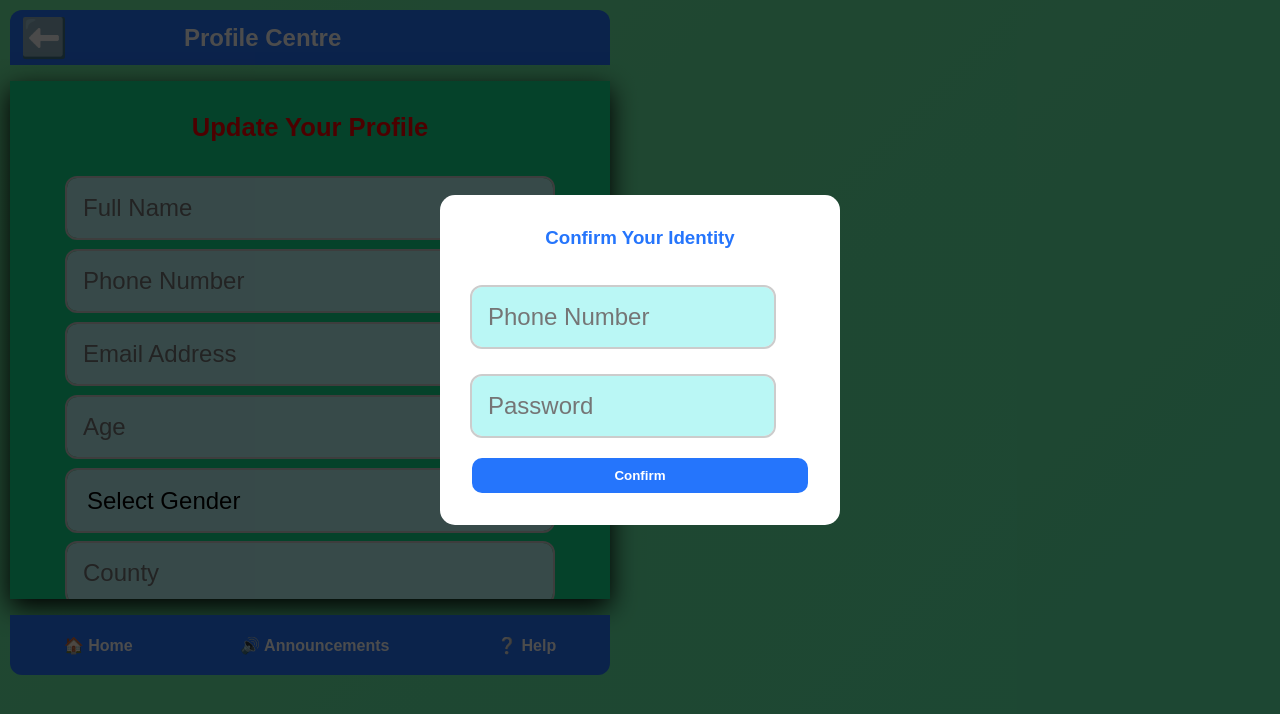
Repository: Amani-Kibet/express-app-web
Page: pages/profileCentre.html
These files come from the project's save history. The page is drawn as it stood at one moment and after the next save; the edit follows.
The browser window is 1280 px wide. The pictures show the whole page.
An inner scrolling area shows only its first screen.

Above is the page before, as saved 2025-10-08 17:11:46.

After the next save:
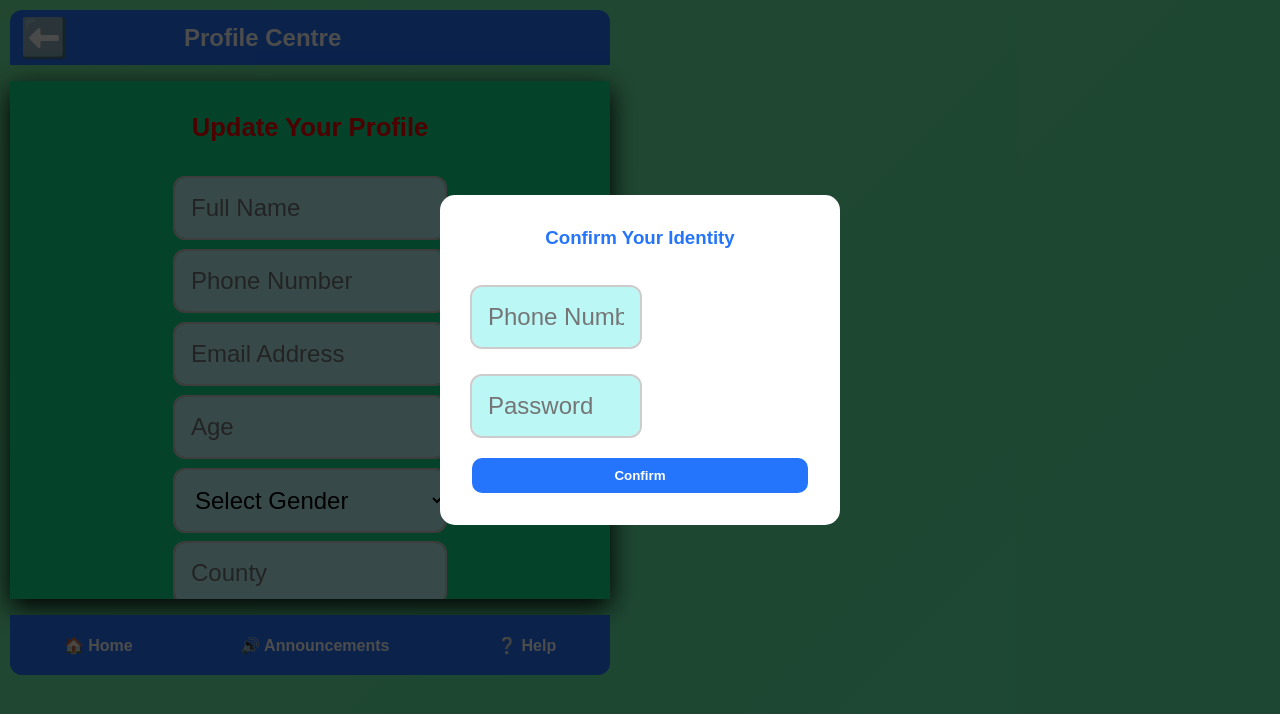
Saved 87 s later.
--- a/pages/profileCentre.html
+++ b/pages/profileCentre.html
@@ -39,7 +39,8 @@ h2 { color:red; font-size:1.6rem; margin-bottom:5%; }
 
 /* Inputs */
 .inputs {
-  width:90%; padding:1rem; margin:0.4rem 0; border-radius:10px;
+  width:50%;
+  padding:1rem; margin:0.4rem 0; border-radius:10px;
   font-size:clamp(1rem,3vw,1.5rem); background-color: rgba(186, 247, 245,1);
   border:none; outline:2px solid #ccc; transition:0.3s;
 }

After the save that followed:
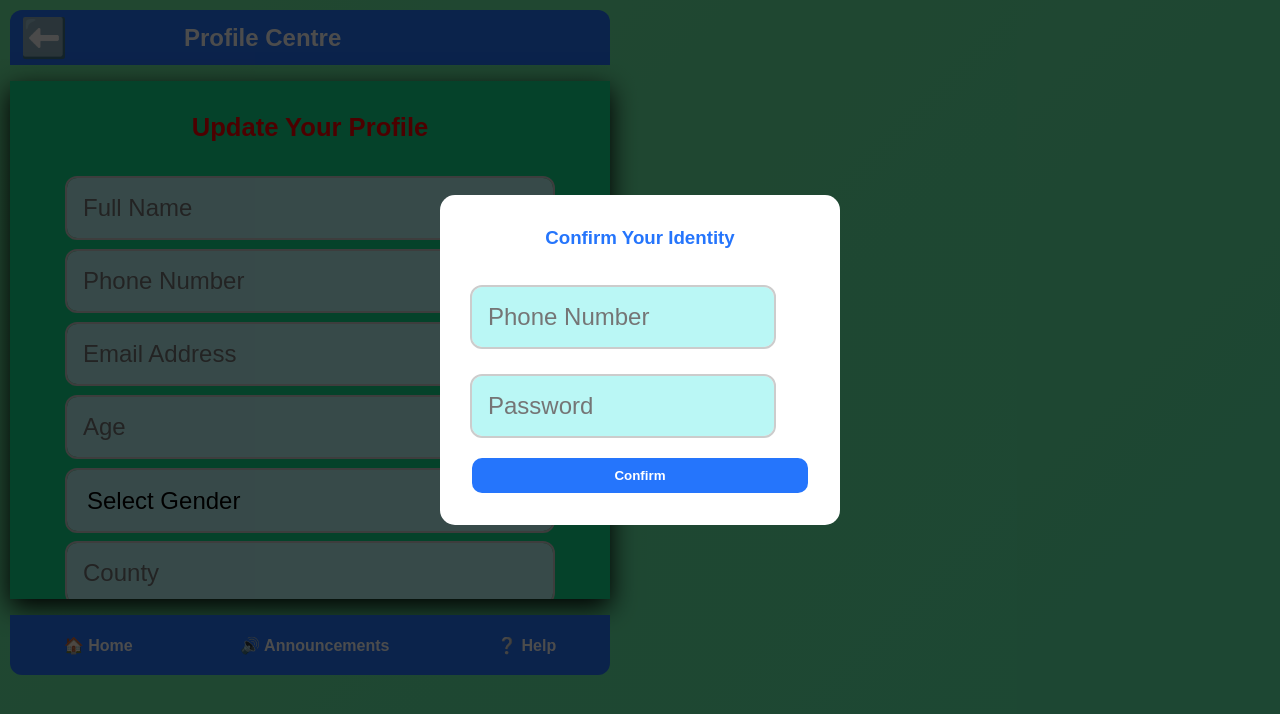
Saved 10 s later.
--- a/pages/profileCentre.html
+++ b/pages/profileCentre.html
@@ -39,7 +39,7 @@ h2 { color:red; font-size:1.6rem; margin-bottom:5%; }
 
 /* Inputs */
 .inputs {
-  width:50%;
+  width:90%;
   padding:1rem; margin:0.4rem 0; border-radius:10px;
   font-size:clamp(1rem,3vw,1.5rem); background-color: rgba(186, 247, 245,1);
   border:none; outline:2px solid #ccc; transition:0.3s;
